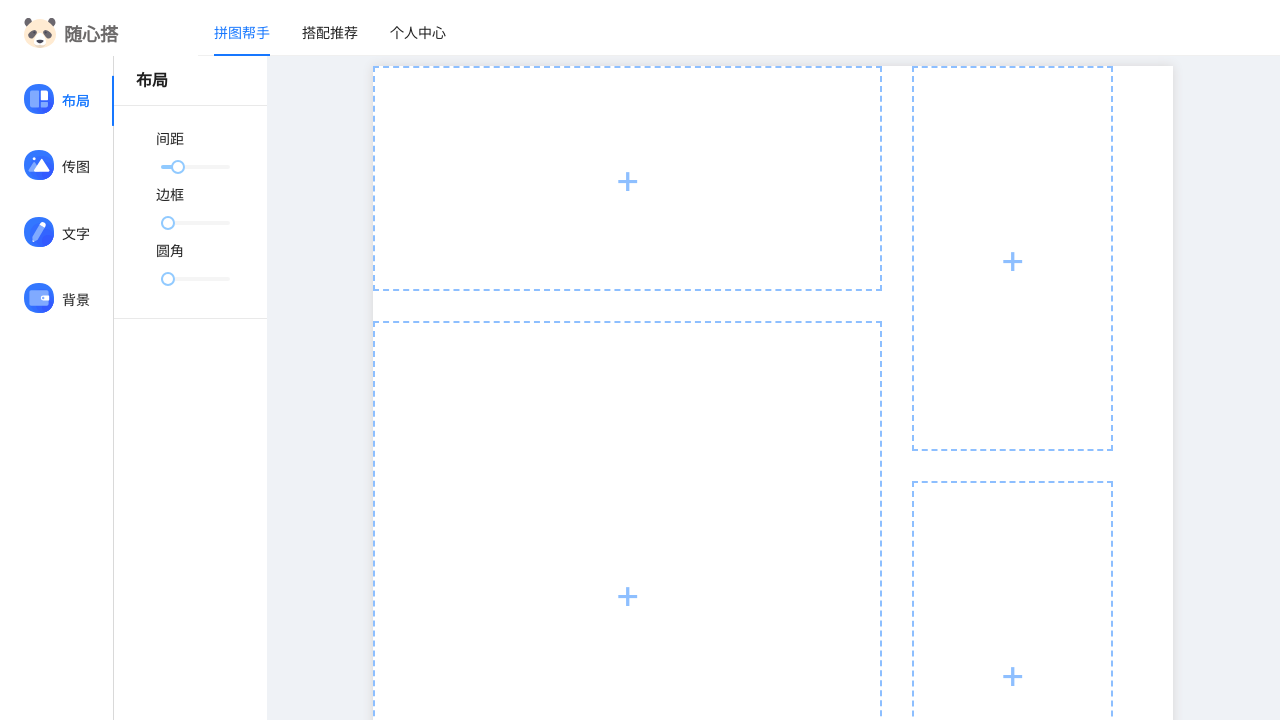
Repository: zzq1101921989/low-code
Page: /
The author's editor kept a copy of each file at every save. The page is drawn from the files as they stood at one save, then again after the next save.
The browser window is 1280 px wide. The pictures show the whole page.
The project was rebuilt for these pictures with package versions that can differ from the ones it lists, and the page was loaded fresh each time. Also part of the build but not shown: vite.config.ts, src/pages/admin/index.tsx, src/components/icon/ClothesIcon.tsx, src/components/icon/HairIcon.tsx, src/components/icon/PantsIcon.tsx, src/components/icon/ShoeIcon.tsx, src/pages/recommend/index.tsx.

Above is the page before, as saved 2023-06-01 21:59:42.

After the next save:
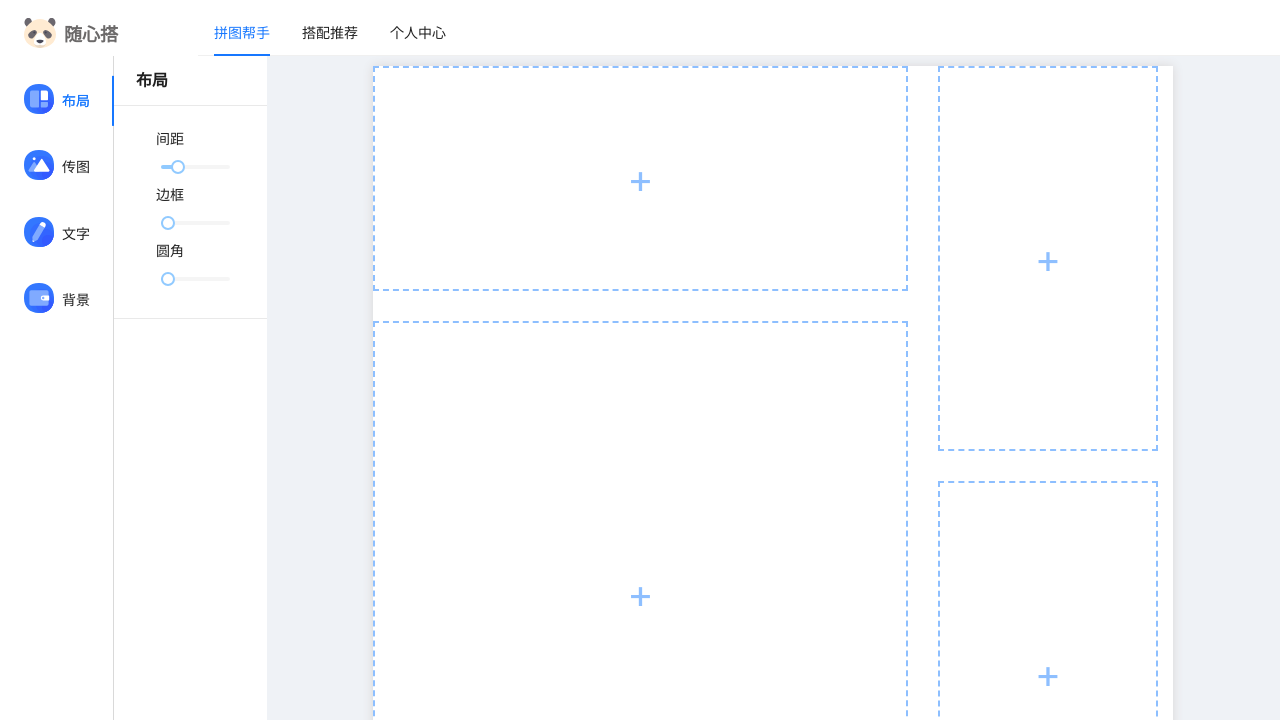
Saved 12 s later.
--- a/src/pages/home/features/DrawImage/index.tsx
+++ b/src/pages/home/features/DrawImage/index.tsx
@@ -242,8 +242,8 @@ const DrawImage: FC<DrawImageProps> = (props) => {
 
       // 有子元素和没有子元素，处理方式不一样
       if (children && direction) {
-        const currnetW = containerWidth * dirW - (isLeftLayout ? padding : 0);
-        const currnetH = containerHeight * dirH - (isTopLayout ? padding : 0);
+        const currnetW = containerWidth * dirW - (isLeftLayout ? (padding / 2) : 0);
+        const currnetH = containerHeight * dirH - (isTopLayout ? (padding / 2) : 0);
 
         elements = elements.concat(
           handlerLayout(
